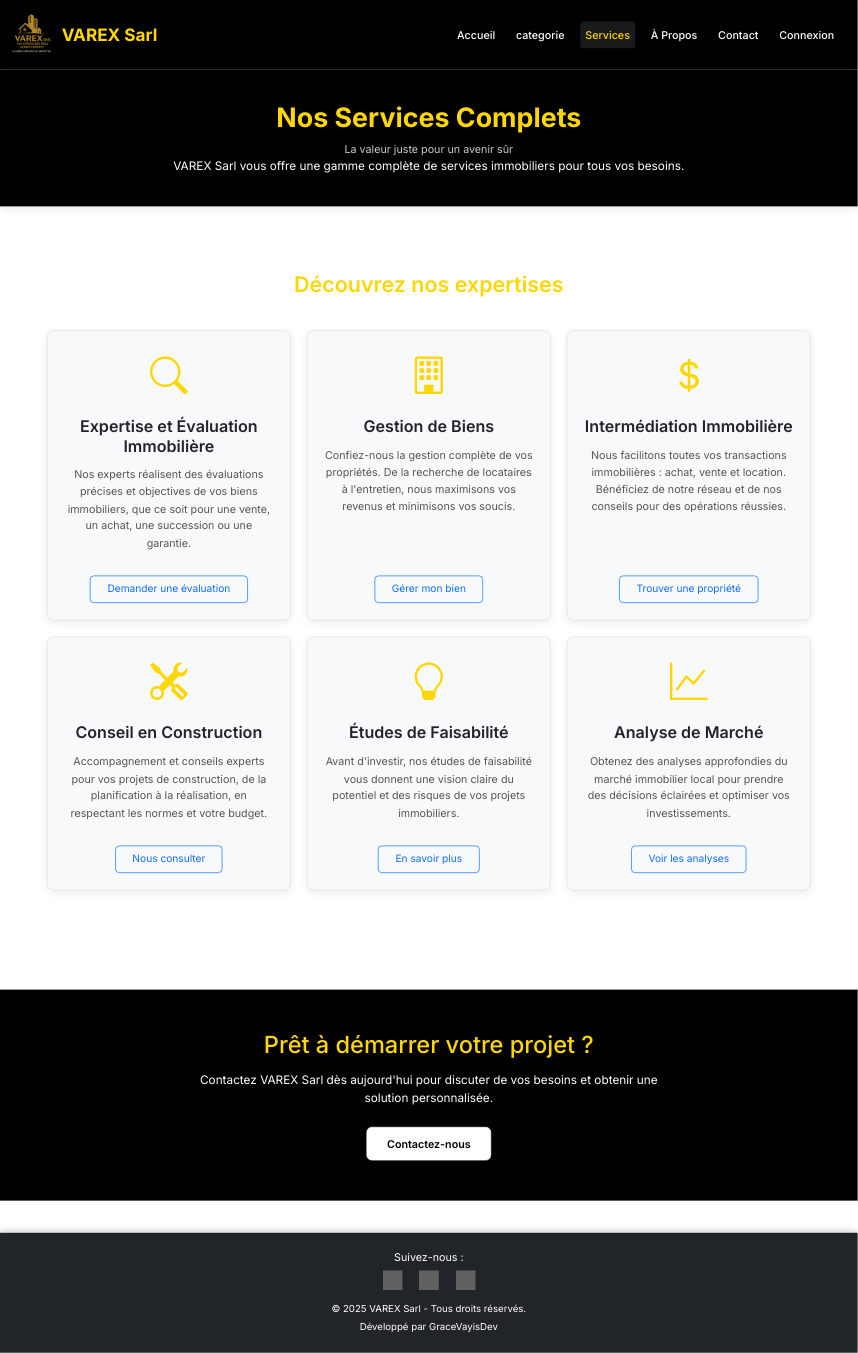
Repository: gradi243/catine
Page: service.html
An editor plug-in stored every save of this project. The page is shown before and after the next save, followed by the edit.
The browser window is 1280 px wide. The pictures show the whole page, at 67% of full size.
Pictures or frames that could not be fetched are drawn as grey boxes.

Above is the page before, as saved 2025-07-01 06:05:58.

### service.html
<!DOCTYPE html>
<html lang="fr">
<head>
    <meta charset="UTF-8">
    <meta name="viewport" content="width=device-width, initial-scale=1.0">
    <title>Nos Services - VAREX Sarl</title>
    <!-- Bootstrap CSS via CDN -->
    <link href="https://cdn.jsdelivr.net/npm/bootstrap@5.3.2/dist/css/bootstrap.min.css" rel="stylesheet" xintegrity="sha384-T3c6CoIi6uLrA9TneNEoa7RxnatzjcDSCmG1MXxSR1GAsXEV/Dwwykc2MPK8M2HN" crossorigin="anonymous">
    <!-- Bootstrap Icons via CDN -->
    <link href="https://cdn.jsdelivr.net/npm/bootstrap-icons@1.10.5/font/bootstrap-icons.css" rel="stylesheet">
    <!-- Google Fonts: Inter for a clean, modern look -->
    <link href="https://fonts.googleapis.com/css2?family=Inter:wght@300;400;500;600;700&display=swap" rel="stylesheet">
    <!-- Custom Styles -->
    <style>
        /* Define CSS Variables for the new color palette */
        :root {
            --color-primary-yellow: #FFD700; /* Gold/Yellow */
            --color-secondary-black: #000000; /* Black */
            --color-light-white: #FFFFFF; /* White */
            --color-dark-grey-text: #212529; /* Dark grey for general text */
        }

        body {
            font-family: 'Inter', sans-serif;
            background-color: var(--color-light-white);
            color: var(--color-dark-grey-text);
            display: flex;
            flex-direction: column;
            min-height: 100vh;
        }

        /* Navbar Customization */
        .navbar {
            background-color: var(--color-secondary-black) !important;
            box-shadow: 0 2px 10px rgba(0, 0, 0, 0.2);
            padding-top: 0.75rem;
            padding-bottom: 0.75rem;
        }
        .navbar-brand {
            font-weight: 700;
            font-size: 1.6rem;
            color: var(--color-primary-yellow) !important;
            display: flex;
            align-items: center;
        }
        .navbar-brand #companyLogo {
            width: 70px;
            height: 70px;
            margin-right: 10px;
            display: flex;
            justify-content: center;
            align-items: center;
            flex-shrink: 0;
        }
        .navbar-brand #companyLogo img {
            max-width: 100%;
            max-height: 100%;
            object-fit: contain;
            border-radius: 5px;
        }
        .navbar-nav .nav-link {
            color: var(--color-light-white) !important;
            font-weight: 500;
            margin-right: 15px;
            padding: 8px 12px;
            border-radius: 5px;
            transition: background-color 0.3s ease, color 0.3s ease;
        }
        .navbar-nav .nav-link:hover,
        .navbar-nav .nav-link.active {
            background-color: rgba(255, 255, 255, 0.1);
            color: var(--color-primary-yellow) !important;
        }
        .navbar-toggler {
            border-color: rgba(255, 255, 255, 0.3);
        }
        .navbar-toggler-icon {
            background-image: url("data:[embedded picture, 214 characters]");
        }

        /* Header (Hero Section) Customization */
        header {
            background-color: var(--color-secondary-black) !important;
            color: var(--color-light-white) !important;
            padding: 60px 0;
            text-align: center;
            box-shadow: 0 4px 15px rgba(0, 0, 0, 0.1);
        }
        header h1 {
            font-size: 2.5rem;
            font-weight: 700;
            color: var(--color-primary-yellow) !important;
            margin-bottom: 10px;
        }
        header p {
            font-size: 1.1rem;
            color: var(--color-light-white);
            max-width: 800px;
            margin: 0 auto;
        }
        header .slogan {
            font-size: 1rem;
            color: #ccc;
            margin-top: 5px;
        }

        /* Section Titles */
        .text-primary {
            color: var(--color-primary-yellow) !important;
        }

        /* Services Section Specifics */
        .services-section {
            background-color: var(--color-light-white);
            padding: 50px 0;
        }
        .services-section h2 {
            font-size: 2rem;
            font-weight: 600;
            margin-bottom: 30px;
            color: var(--color-dark-grey-text);
        }
        .service-card {
            border: 1px solid #e0e0e0;
            border-radius: 10px;
            box-shadow: 0 4px 15px rgba(0, 0, 0, 0.08);
            transition: transform 0.3s ease, box-shadow 0.3s ease;
            background-color: #f8f9fa; /* Light grey background for cards */
            padding: 25px;
            text-align: center;
            display: flex;
            flex-direction: column;
            align-items: center;
            justify-content: flex-start; /* Align content to the top */
            height: 100%; /* Ensure cards have equal height */
        }
        .service-card:hover {
            transform: translateY(-5px);
            box-shadow: 0 8px 25px rgba(0, 0, 0, 0.15);
        }
        .service-card i {
            font-size: 3.5rem; /* Large icons */
            color: var(--color-primary-yellow);
            margin-bottom: 20px;
        }
        .service-card h5 {
            color: var(--color-dark-grey-text);
            font-size: 1.5rem;
            font-weight: 600;
            margin-bottom: 15px;
        }
        .service-card p {
            font-size: 1rem;
            line-height: 1.6;
            color: #555;
            flex-grow: 1; /* Allow description to take available space */
        }
        .service-card .btn-outline-primary {
            margin-top: 20px;
            width: auto;
            padding: 8px 25px;
            font-size: 0.95rem;
        }

        /* Call to Action Section */
        .cta-section {
            background-color: var(--color-secondary-black);
            color: var(--color-light-white);
            padding: 60px 0;
            text-align: center;
            margin-top: 50px;
        }
        .cta-section h2 {
            color: var(--color-primary-yellow);
            font-size: 2.2rem;
            margin-bottom: 20px;
        }
        .cta-section p {
            font-size: 1.1rem;
            max-width: 700px;
            margin: 0 auto 30px auto;
        }
        .cta-section .btn-light {
            background-color: var(--color-light-white);
            border-color: var(--color-light-white);
            color: var(--color-secondary-black);
            font-weight: 600;
            padding: 12px 30px;
            border-radius: 8px;
            transition: background-color 0.3s ease, transform 0.2s ease;
        }
        .cta-section .btn-light:hover {
            background-color: #e0e0e0;
            border-color: #e0e0e0;
            transform: translateY(-2px);
        }


        /* Footer Customization */
        footer {
            background-color: var(--color-secondary-black) !important;
            color: var(--color-light-white) !important;
            padding: 40px 0;
            margin-top: auto;
            box-shadow: 0 -2px 10px rgba(0, 0, 0, 0.2);
        }
        footer .social-icons a {
            margin: 0 10px;
            display: inline-block;
        }
        footer .social-icons img {
            width: 30px;
            height: 30px;
            filter: invert(100%) sepia(100%) saturate(0%) hue-rotate(285deg) brightness(100%) contrast(100%);
            transition: transform 0.2s ease;
        }
        footer .social-icons img:hover {
            transform: scale(1.1);
        }
        footer p {
            font-size: 0.9rem;
            margin-bottom: 5px;
        }

        /* Responsive adjustments */
        @media (max-width: 768px) {
            header h1 {
                font-size: 2rem;
            }
            header p {
                font-size: 1rem;
            }
            .services-section h2 {
                font-size: 1.8rem;
            }
            .service-card h5 {
                font-size: 1.3rem;
            }
            .service-card p {
                font-size: 0.9rem;
            }
            .cta-section h2 {
                font-size: 1.8rem;
            }
            .cta-section p {
                font-size: 1rem;
            }
        }
        @media (max-width: 576px) {
            .navbar-brand {
                font-size: 1.4rem;
            }
            header {
                padding: 40px 0;
            }
            header h1 {
                font-size: 1.6rem;
            }
            header .slogan {
                font-size: 0.9rem;
            }
            .service-card {
                padding: 20px;
            }
            .service-card i {
                font-size: 3rem;
            }
        }
    </style>
</head>
<body>

<nav class="navbar navbar-expand-lg navbar-dark">
    <div class="container-fluid">
        <a class="navbar-brand" href="index.html">
            <div id="companyLogo">
               <img src="img/logo.jpeg" alt="VAREX Sarl Logo">
            </div>
            <strong>VAREX Sarl</strong>
        </a>
        <button class="navbar-toggler" type="button" data-bs-toggle="collapse" data-bs-target="#navbarNav" aria-controls="navbarNav" aria-expanded="false" aria-label="Toggle navigation">
            <span class="navbar-toggler-icon"></span>
        </button>
        <div class="collapse navbar-collapse" id="navbarNav">
            <ul class="navbar-nav ms-auto">
                <li class="nav-item"><a class="nav-link" href="index.html">Accueil</a></li>
                <li class="nav-item"><a class="nav-link" href="categorie.html">categorie</a></li>
                <li class="nav-item"><a class="nav-link active" aria-current="page" href="service.html">Services</a></li>
                <li class="nav-item"><a class="nav-link" href="apropos.html">À Propos</a></li>
                <li class="nav-item"><a class="nav-link" href="contact.html">Contact</a></li>

                <li class="nav-item"><a class="nav-link" href="login.html">Connexion</a></li>
            </ul>
        </div>
    </div>
</nav>

<header class="text-center py-5">
    <h1>Nos Services Complets</h1>
    <p class="slogan">La valeur juste pour un avenir sûr</p>
    <p>VAREX Sarl vous offre une gamme complète de services immobiliers pour tous vos besoins.</p>
</header>

<section class="container my-5 services-section">
    <h2 class="text-center text-primary mb-5">Découvrez nos expertises</h2>
    <div class="row g-4 justify-content-center">
        <!-- Service: Expertise et Évaluation Immobilière -->
        <div class="col-md-6 col-lg-4">
            <div class="service-card">
                <i class="bi bi-search"></i>
                <h5>Expertise et Évaluation Immobilière</h5>
                <p>Nos experts réalisent des évaluations précises et objectives de vos biens immobiliers, que ce soit pour une vente, un achat, une succession ou une garantie.</p>
                <a href="./contact.html" class="btn btn-outline-primary">Demander une évaluation</a>
            </div>
        </div>
        <!-- Service: Gestion de Biens -->
        <div class="col-md-6 col-lg-4">
            <div class="service-card">
                <i class="bi bi-building"></i>
                <h5>Gestion de Biens</h5>
                <p>Confiez-nous la gestion complète de vos propriétés. De la recherche de locataires à l'entretien, nous maximisons vos revenus et minimisons vos soucis.</p>
                <a href="./contact.html" class="btn btn-outline-primary">Gérer mon bien</a>
            </div>
        </div>
        <!-- Service: Intermédiation Immobilière -->
        <div class="col-md-6 col-lg-4">
            <div class="service-card">
                <i class="bi bi-currency-dollar"></i>
                <h5>Intermédiation Immobilière</h5>
                <p>Nous facilitons toutes vos transactions immobilières : achat, vente et location. Bénéficiez de notre réseau et de nos conseils pour des opérations réussies.</p>
                <a href="./contact.html" class="btn btn-outline-primary">Trouver une propriété</a>
            </div>
        </div>
        <!-- Vous pouvez ajouter d'autres services ici -->
        <div class="col-md-6 col-lg-4">
            <div class="service-card">
                <i class="bi bi-tools"></i>
                <h5>Conseil en Construction</h5>
                <p>Accompagnement et conseils experts pour vos projets de construction, de la planification à la réalisation, en respectant les normes et votre budget.</p>
                <a href="./contact.html" class="btn btn-outline-primary">Nous consulter</a>
            </div>
        </div>
        <div class="col-md-6 col-lg-4">
            <div class="service-card">
                <i class="bi bi-lightbulb"></i>
                <h5>Études de Faisabilité</h5>
                <p>Avant d'investir, nos études de faisabilité vous donnent une vision claire du potentiel et des risques de vos projets immobiliers.</p>
                <a href="./contact.html" class="btn btn-outline-primary">En savoir plus</a>
            </div>
        </div>
        <div class="col-md-6 col-lg-4">
            <div class="service-card">
                <i class="bi bi-graph-up"></i>
                <h5>Analyse de Marché</h5>
                <p>Obtenez des analyses approfondies du marché immobilier local pour prendre des décisions éclairées et optimiser vos investissements.</p>
                <a href="./contact.html" class="btn btn-outline-primary">Voir les analyses</a>
            </div>
        </div>
    </div>
</section>

<section class="cta-section">
    <h2>Prêt à démarrer votre projet ?</h2>
    <p>Contactez VAREX Sarl dès aujourd'hui pour discuter de vos besoins et obtenir une solution personnalisée.</p>
    <a href="contact.html" class="btn btn-light">Contactez-nous</a>
</section>

<footer class="text-center text-white py-4 bg-dark mt-5">
    <div class="mb-2">Suivez-nous :</div>
    <div class="social-icons">
        <a href="#"><img src="https://upload.wikimedia.org/wikipedia/commons/thumb/6/6b/WhatsApp.svg/2048px-WhatsApp.svg.png" alt="WhatsApp" style="filter: invert(100%);"></a>
        <a href="#"><img src="https://upload.wikimedia.org/wikipedia/commons/thumb/7/7e/Gmail_icon_%282020%29.svg/512px-Gmail_icon_%282020%29.svg.png" alt="Gmail" style="filter: invert(100%);"></a>
        <a href="#"><img src="https://upload.wikimedia.org/wikipedia/commons/thumb/b/b8/2021_Facebook_icon.svg/2048px-2021_Facebook_icon.svg.png" alt="Facebook" style="filter: invert(100%);"></a>
    </div>
    <p class="mt-3">&copy; 2025 VAREX Sarl - Tous droits réservés.</p>
    <p>Développé par GraceVayisDev</p>
</footer>

<!-- Bootstrap Bundle JS (includes Popper) -->
<script src="https://cdn.jsdelivr.net/npm/bootstrap@5.3.2/dist/js/bootstrap.bundle.min.js" xintegrity="sha384-C6RzsynM9kWDrMNeT87bh95OGNyZPhcTNXj1NW7RuBCsyN/o0jlpcV8Qyq46cDfL" crossorigin="anonymous"></script>
</body>
</html>

After the next save:
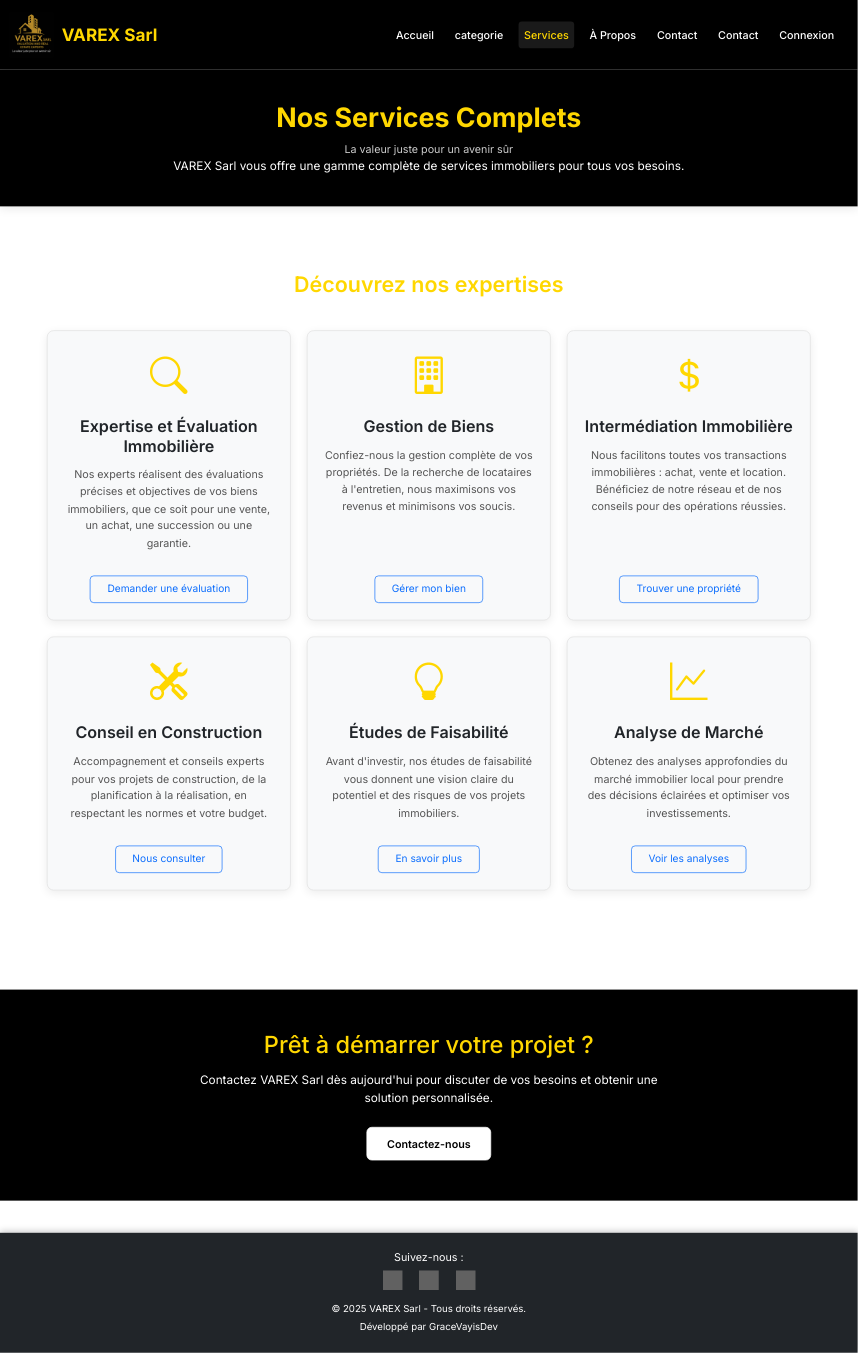
Saved 20 s later.
--- a/service.html
+++ b/service.html
@@ -288,7 +288,7 @@
                 <li class="nav-item"><a class="nav-link active" aria-current="page" href="service.html">Services</a></li>
                 <li class="nav-item"><a class="nav-link" href="apropos.html">À Propos</a></li>
                 <li class="nav-item"><a class="nav-link" href="contact.html">Contact</a></li>
-
+                 <li class="nav-item"><a class="nav-link" href="contact.html">Contact</a></li>
                 <li class="nav-item"><a class="nav-link" href="login.html">Connexion</a></li>
             </ul>
         </div>
